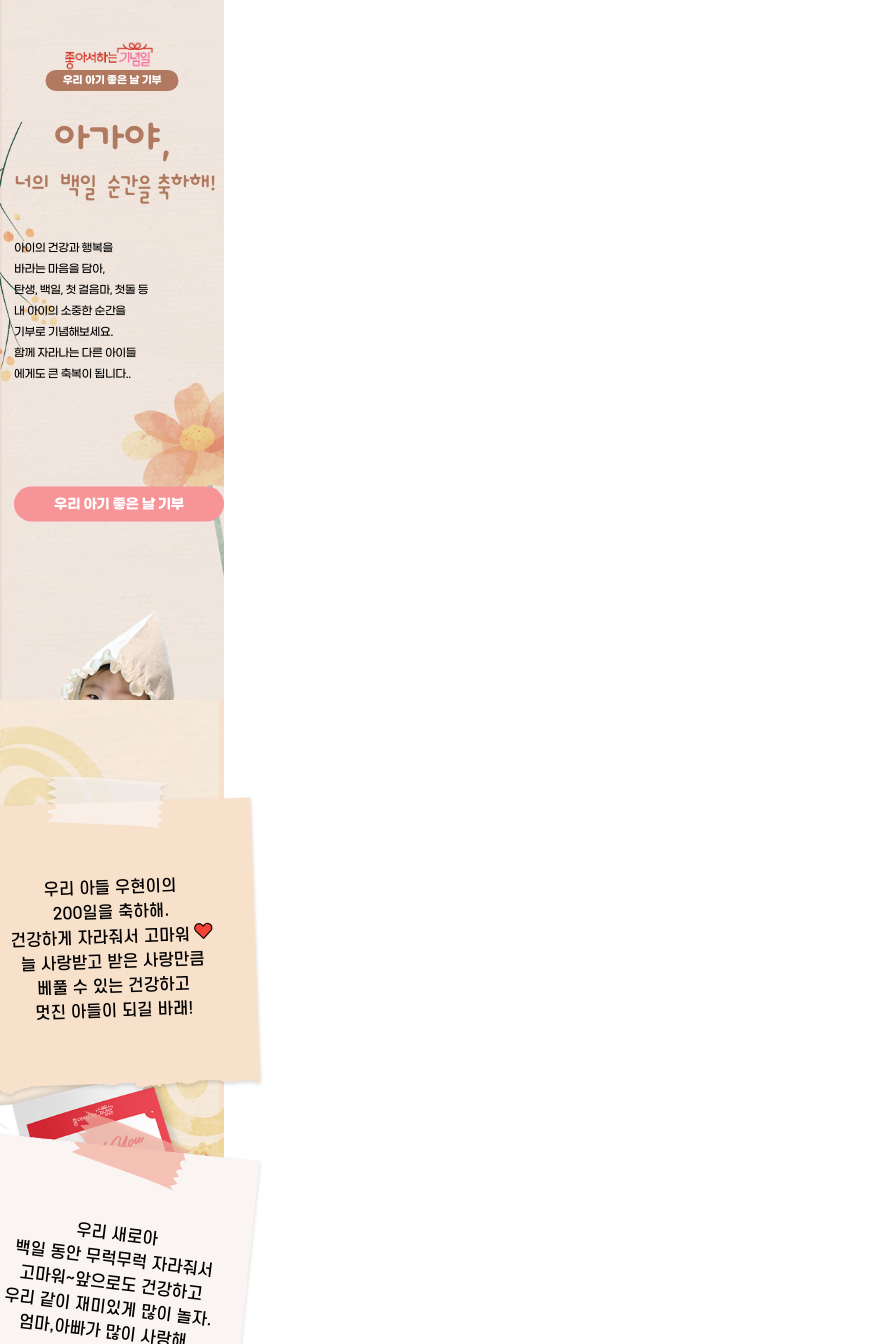
Repository: dlgywls1130/save_the_m320
Page: index.html
These files come from the project's save history. The page is drawn as it stood at one moment and after the next save; the edit follows.
The browser window is 1280 px wide. The pictures show the part of the page from y = 0 to 1920 px (the page is 10040 px tall), at 70% of full size.

Above is the page before, as saved 2023-12-21 00:49:08.

### index.html
<!DOCTYPE html>
<html lang="en">
<head>
    <meta charset="UTF-8">
    <meta name="viewport" content="width=device-width, initial-scale=1.0">
    <title>세이브더칠드런</title>

    <link rel="stylesheet" href="./css/reset.css">
    <link rel="stylesheet" href="./css/style.css">

</head>
<body>
    <div class="content_body">
        <section class="section_wrapper section01">
            <div class="se01 se_wrapper">
                <div class="se01_sub">
                    <div class="sub_logo">
                        <img src="./img/logo01.png" alt="logo">
                    </div>
                    <p>우리 아기 좋은 날 기부</p>
                </div>
                <p class="seo01_title">
                    아가야,
                </p>
                <p class="seo01_title_two">
                    너의 <span id="rollingText">탄생</span> 순간을 축하해!
                </p>
                <p class="section_descript mb-45">
                    아이의 건강과 행복을
                    <br>바라는 마음을 담아,
                    <br>탄생, 백일, 첫 걸음마, 첫돌 등
                    <br>내 아이의 소중한 순간을
                    <br>기부로 기념해보세요.
                    <br>함께 자라나는 다른 아이들
                    <br>에게도 큰 축복이 됩니다..
                </p>

                <a class="donation_link" href="javascript:void(0)">우리 아기 좋은 날 기부</a>
            </div>
        </section>
        <section class="section_wrapper section02">
            <div class="se02 se_wrapper">
                <div class="postit_wrapper">
                    <div class="postit postit01">
                        <p>우리 아들 우현이의<br>
                        200일을 축하해.<br>
                        <span>건강하게 자라줘서 고마워 <img src="./img/heart.png"></span>
                        늘 사랑받고 받은 사랑만큼<br>
                        베풀 수 있는 건강하고<br>
                        멋진 아들이 되길 바래!</p>
                    </div>
                    <div class="postit postit02">
                        <p>우리 새로아<Br>
                        백일 동안 무럭무럭 자라줘서<Br>
                        고마워~앞으로도 건강하고<Br>
                        우리 같이 재미있게 많이 놀자.<Br>
                        엄마,아빠가 많이 사랑해.</p>
                    </div>

                    <div class="postit postit05">
                        <p>사랑하는 도현이의<br>
                        첫 어린이날과 첫돌을<br>
                        기념하며, <br>
                        이웃을 사랑하는<br>
                        멋진 사람으로 자라길</p>

                    </div>
                    <div class="postit postit04">
                        <p>보미야<br>
                        첫 번째 생일 축하해<br>
                        너의 존재가 온 세상에<br>
                        봄이길 바랄게!   </p>
                    </div>

                    <div class="postit postit03">
                        <p>서진아<br>
                        우리에게 와줘서 고마워<br>
                        건강하고 행복하게 자라렴.<br>
                        사랑해♡      </p>
                    </div>

                </div>

            </div>
        </section>
        <section class="section_wrapper section03">
            <div class="se_wrapper se03">
                <div class="se_title_co">
                    아기의 좋은 날을<br> 기념해 주신 모든 분들께
                    <br>후원감사증서를 보내드립니다.
                </div>
                <div class="se_sub_co">
                    후원감사증서는<Br> 아기에게 남기고 싶은 메시지와 아기의 좋은 날이 담긴 사진을<br> 보관할 수 있도록
                    만들어드립니다.<br> 먼 훗날, 아기가 성장해 읽게 될 날을 그리며 편지를 써보세요.
                </div>
            </div>

        </section>
        <section class="section_wrapper section04">
            <div class="se_wrapper se04">
                <div class="se_title_co">
                    이름 자수 순면거즈블랭킷
                </div>
                <div class="se_sub_co">
                    30만원 이상 후원하신 분들께는 순면 거즈 아기 블랭킷(90*110)에
                    <Br>원하시는 이름(영문)을 예쁘게 수놓아 드립니다.
                </div>

                <div class="se04_slide mt-85">
                    <div class="se04_slide_list">
                        <img src="./img/slide03.jpg">
                    </div>
                    <div class="se04_slide_list">
                        <img src="./img/slide02.jpg">
                    </div>
                    <div class="se04_slide_list">
                        <img src="./img/slide01.jpg">
                    </div>
                </div>
            </div>
        </section>
        <section class="section_wrapper section05">
            <div class="se_wrapper se05">
                <div class="se_title_co">
                    후원신청 과정
                </div>


                <div class="se_sub_co">
                    30만원 이상 후원해 주신 경우,
                    <br>감사 선물 수령 주소 및 아기 블랭킷에 새겨질 문구 확인을 위한 문자가 발송됩니다.
                </div>

                <div class="se_step_list">
                    <div class="se_step">
                        <p class="step_number">1</p>
                        <div class="step_ico">
                            <img src="./img/icon01.png" alt="img">
                        </div>
                        <p class="step_descript">
                            후원신청하기
                        </p>
                    </div>
                    <div class="se_step">
                        <p class="step_number">2</p>
                        <div class="step_ico">
                            <img src="./img/icon02.png" alt="img">
                        </div>
                        <p class="step_descript">
                            후원감사증서
                            메시지 적기
                        </p>
                    </div>
                </div>
                <div class="se_step_list">
                    <div class="se_step">
                        <p class="step_number">3</p>
                        <div class="step_ico">
                            <img src="./img/icon03.png" alt="img">
                        </div>
                        <p class="step_descript">
                            신청완료
                        </p>
                    </div>
                    <div class="se_step">
                        <p class="step_number">4</p>
                        <div class="step_ico">
                            <img src="./img/icon04.png" alt="img">
                        </div>
                        <p class="step_descript">
                            후원감사증서 발송
                            (1주 이내)
                        </p>
                    </div>
                </div>


                <a class="donation_link" href="javascript:void(0)">우리 아기 좋은 날 기부</a>
            </div>

        </section>
        <section class="section_wrapper section06">
            <div class="se_wrapper se06">
                <div class="se_title_co">
                    후원금, 이렇게 쓰여요!
                </div>
                <div class="se_sub_co">
                    세이브더칠드런은 <Br><span>국내외 아동을 위한 교육,
                    <Br>보호, 보건영양지원,<Br> 아동권리옹호</span> 등의<Br> 활동을 해나가고 있습니다.
                </div>
                <div class="se_sub_co">
                    보내주신 후원금은<Br> 정치, 종교, 인종에 관계없이<Br> 모든 아이를 구해야 한다는
                    <Br>세이브더칠드런의 신념에 따라 <Br><span>가장 도움 필요한 아이를 위해 우선 사용</span>됩니다.
                </div>
            </div>

        </section>
        <section class="section_wrapper section07">
            <div class="se_wrapper se07">
                <div class="se_title_co">
                    FAQ
                </div>
                <div class="accordion">
                    <div class="accordion-item">
                        <h3 class="title">
                            <span>1. 30만원 이상 후원했습니다. <br>거즈 순면 블랭킷은 언제 오나요?</span>
                            <img src="./img/top.png">
                        </h3>
                        <p class="paragraph">
                            우리아기 축하기부로 30만원 이상 후원자님들께는 담요에 수놓을 아기 이름과
                            선물 수령 주소 확인을 위한 문자가 발송됩니다.
                            02-6900-4479로 발송되는 문자 속 설문조사에 답해주세요.
                            확인을 완료하신 분들께는 블랭킷 제작을 담당하고 있는 조니 스튜디오에서
                            아기 이름 자수 작업 완료 후 배송해 드립니다.

                        </p>
                    </div>
                    <div class="accordion-item">
                        <h3 class="title">
                            <span>2. 거즈 순면 블랭킷, 안전한 제품인가요?</span>
                            <img src="./img/top.png">
                        </h3>
                        <p class="paragraph">
                            본 블랭킷은 워싱된 3중 거즈로 제작되었으며, KC안전검사를 완료하였습니다.
                            소재 특성상 섬유 조각이 발생할 수 있어 망에 넣지 않고 3번 정도 물빨래 하시는 것을 권장합니다.

                        </p>
                    </div>
                    <div class="accordion-item">
                        <h3 class="title">
                            <span>3. 거즈 순면 블랭킷을 받았는 데 하자가 있어요. <Br>어떻게 해야 하나요? </span>
                            <img src="./img/top.png">
                        </h3>
                        <p class="paragraph">
                            070-4220-4123 (조니스튜디오 CS)로 전화 연락 부탁드립니다. 하자 물품에 대한 교환은 수령일로부터 7일 이내에 조니스튜디오에 연락해주셔야 하며, 이로 인한 후원금 환불은 어렵습니다.
                        </p>
                    </div>
                    <div class="accordion-item">
                        <h3 class="title">
                            <span>4. 후원감사증서에 넣을 수 있는 사진 사이즈는 <Br>얼마인가요?</span>
                            <img src="./img/top.png">
                        </h3>
                        <p class="paragraph">
                            사진 인화 사이즈 5*7 인치에 맞추어서 제작되었습니다.  그보다 작은 사진일 경우, 후원감사증서
                            내부의 주머니에 넣어 보관하실 수도  있습니다.

                        </p>
                    </div>
                </div>
            </div>

        </section>
        <section class="section_wrapper section08">
            <div class="se_wrapper se08">
                <div class="se08_postion">
                    <p class="se08_title">우리 아기 좋은 날 기부</p>
                    <p class="se08_descript">
                        탄생, 백일, 첫 걸음마, 첫돌...
                        <br>소중한 우리 아기의 성장을 기념해 보세요!
                        <br>아기의 좋은 날이 모여 세상의 행복이 됩니다.
                    </p>
                    <a href="javascript:void(0)" class="more_btn">
                        <p>자세히보기</p>
                        <svg xmlns="http://www.w3.org/2000/svg" width="16" height="16" fill="currentColor" class="bi bi-chevron-right" viewBox="0 0 16 16">
                            <path fill-rule="evenodd" d="M4.646 1.646a.5.5 0 0 1 .708 0l6 6a.5.5 0 0 1 0 .708l-6 6a.5.5 0 0 1-.708-.708L10.293 8 4.646 2.354a.5.5 0 0 1 0-.708z"/>
                        </svg>
                    </a>
                </div>

            </div>
        </section>
    </div>

    <script src="https://ajax.googleapis.com/ajax/libs/jquery/1.12.4/jquery.min.js"></script>
    <script src="./js/main.js"></script>
</body>
</html>

### css/reset.css


html, body, div, span, applet, object, iframe,
h1, h2, h3, h4, h5, h6, p, blockquote, pre,
a, abbr, acronym, address, big, cite, code,
del, dfn, em, img, ins, kbd, q, s, samp,
small, strike, strong, sub, sup, tt, var,
b, u, i, center,
dl, dt, dd, ol, ul, li,
fieldset, form, label, legend,
table, caption, tbody, tfoot, thead, tr, th, td,
article, aside, canvas, details, embed,
figure, figcaption, footer, header, hgroup,
menu, nav, output, ruby, section, summary,
time, mark, audio, video {
	margin: 0;
	padding: 0;
	border: 0;
	font-size: 100%;
	font: inherit;
	vertical-align: baseline;
}

article, aside, details, figcaption, figure,
footer, header, hgroup, menu, nav, section {
	display: block;
}
body {
	line-height: 1;
}
ol, ul {
	list-style: none;
}
blockquote, q {
	quotes: none;
}
blockquote:before, blockquote:after,
q:before, q:after {
	content: '';
	content: none;
}
table {
	border-collapse: collapse;
	border-spacing: 0;
}

### css/style.css

/* root */
:root{
    --main-color:#B17A60;
    --pink-color:#F79497;
}


/* font */

/* dongle */
@font-face {
    font-family: 'Dongle';
    font-weight: 300;
    src: url('../font/Dongle-Light.ttf') format('ttf'),
    url('../font/Dongle-Light.woff') format('woff');
}

@font-face {
    font-family: 'Dongle';
    font-weight: 500;
    src: url('../font/Dongle-Regular.ttf') format('ttf'),
    url('../font/Dongle-Regular.woff') format('woff');
}

@font-face {
    font-family: 'Dongle';
    font-weight: 700;
    src: url('../font/Dongle-Bold.ttf') format('ttf'),
    url('../font/Dongle-Bold.woff') format('woff');
}


/* Gmarket */
@font-face {
    font-family: 'GmarketSans';
    font-weight: 300;
    src: url('../font/GmarketSansLight.ttf') format('ttf'),
    url('../font/GmarketSansLight.woff') format('woff');
}

@font-face {
    font-family: 'GmarketSans';
    font-weight: 500;
    src: url('../font/GmarketSansMedium.ttf') format('ttf'),
    url('../font/GmarketSansMedium.woff') format('woff');
}

@font-face {
    font-family: 'GmarketSans';
    font-weight: 700;
    src: url('../font/GmarketSansBold.ttf') format('ttf'),
    url('../font/GmarketSansBold.woff') format('woff');
}


/* nanumsqure */

@font-face {
    font-family: 'NanumSquare';
    font-weight: 400;
    src: url('../font/NanumSquareL.ttf') format('ttf'),
    url('../font/NanumSquareL.woff') format('woff');
}

@font-face {
    font-family: 'NanumSquare';
    font-weight: 500;
    src: url('../font/NanumSquareR.ttf') format('ttf'),
    url('../font/NanumSquareR.woff') format('woff');
}

@font-face {
    font-family: 'NanumSquare';
    font-weight: 600;
    src: url('../font/NanumSquareB.ttf') format('ttf'),
    url('../font/NanumSquareB.woff') format('woff');
}

@font-face {
    font-family: 'NanumSquare';
    font-weight: 700;
    src: url('../font/NanumSquareEB.ttf') format('ttf'),
    url('../font/NanumSquareEB.woff') format('woff');
}



/* scdream5 */
@font-face {
    font-family: 'SCDream5';
    src: url('../font/SCDream5.woff') format('woff'),
    url('../font/SCDream5.ttf') format('ttf'),
    url('../font/SCDream5.otf') format('otf');
}


.section_wrapper{
    max-width:320px;
    width: 100%;

}

.se_wrapper{
    max-width: 320px;
    width: 100%;
    position: relative;
    box-sizing: border-box;
}


/* section01 */


.section01{
    background: url('../img/back01.jpg') no-repeat;
    height: 1000px;

}

.se01{
    padding: 60px 20px;
    box-sizing: border-box;
}
.se01_sub{
    display: flex;
    align-items: center;
    margin-bottom: 30px;
    flex-direction: column;
}

.sub_logo{
    width: 125px;
    height: 40px;
    margin-right: 10px;
}

.sub_logo img{
    width: 100%;
    height: 100%;
    object-fit: contain;
}

.se01_sub p{
    width: 190px;
    height: 30px;
    background: #B17A60;
    border-radius: 15px;
    display: flex;
    align-items: center;
    justify-content: center;
    letter-spacing: -0.03em;
    font-size: 15px;
    font-weight: 700;
    font-family: 'GmarketSans',sans-serif;
    color: #fff;
}

.seo01_title{
    font-family: 'Dongle',sans-serif;
    font-weight: 500;
    font-size: 100px;
    color: var(--main-color);
    letter-spacing: -0.03em;
    text-align: center;
}

.seo01_title_two{
    font-family: 'Dongle',sans-serif;
    font-weight: 500;
    font-size: 50px;
    color: var(--main-color);
    letter-spacing: -0.03em;
    margin-top: -7%;
    margin-bottom: 50px;
    display: flex;
    align-items: center;
    white-space: nowrap;
    text-align: center;
}

.seo01_title_two span{
    margin: 0 1rem;
}
.section_descript{
    font-size: 20x;
    line-height: 30px;
    font-family: 'GmarketSans';
    font-weight: 500;
    letter-spacing: -0.03em;
    color: #000;
}

.donation_link{
    width: 300px;
    height: 50px;
    border-radius: 100px;
    display: flex;
    align-items: center;
    justify-content: center;
    background: var(--pink-color);
    color: #fff;
    font-family: 'GmarketSans';
    font-size: 20px;
    font-weight: 700;
    letter-spacing: -0.03em;
    text-decoration: none;
    margin: 145px auto 0;
}


@keyframes roll {
    from {
        transform: translateY(40%);
        opacity: 0;
    }
    to {
        transform: translateY(0);
        opacity: 1;
    }
  }


  #rollingText.animate-text {
    animation: roll 0.5s ease-in-out;
}

/* section02 */

.section02{
    height: 2800px;
    background: url('../img/back02.jpg') no-repeat;
}

.se02{
    box-sizing: border-box;
    height: 100%;
}
.postit_wrapper{
    width: 100%;
    padding: 76px 60px 96px;
    position: relative;
    display: flex;
    flex-direction: column;
    align-items: center;
    box-sizing: border-box;
}

.ex_text{
    font-family: 'GmarketSans';
    font-size: 20px;
    font-weight: 500;
    letter-spacing: -0.03em;
}


.postit p img{
    width: 26px;
    height: 26px;
    object-fit: contain;
}
.postit p{
    font-family: 'SCDream5';
    font-size: 23px;
    line-height: 35px;
    text-align: center;
    display: flex;
    justify-content: center;
    align-items: center;
    flex-direction: column;
    height: 100%;
}

.postit01{
    background:url('../img/post04.png') no-repeat;
    width: 520px;
    height: 520px;
    background-size: contain;
    box-sizing: border-box;
}

.postit01 p{
    transform: rotate(358deg);
    padding-top: 20px;
}

.postit02{
    background: url('../img/post05.png') no-repeat;
    width: 510px;
    height: 510px;
    background-size: contain;
    box-sizing: border-box;
    margin-top: -19%;
}

.postit02 p{
    transform: rotate(7deg);
    padding-top: 20px;
}

.postit03{
    background:url('../img/post02.png') no-repeat;
    width: 459px;
    height: 459px;
    background-size: contain;
    box-sizing: border-box;
    margin-top: -25%;
    transform: rotate(-14deg);
}

.postit03 p{
    transform: rotate(-7deg);
    padding-top: 20px;
}

.postit04{
    background: url(../img/post03.png) no-repeat;
    width: 440px;
    height: 440px;
    background-size: cover;
    box-sizing: border-box;
    margin-top: -24%;
    transform: rotate(14deg);
}

.postit04 p{
    transform: rotate(7deg);
}

.postit05{
    background:url('../img/post01.png') no-repeat;
    width: 460px;
    height: 460px;
    background-size: contain;
    box-sizing: border-box;
    margin-top: -22%;
}

.postit05 p{
    transform: rotate(-9deg);
    padding-top: 20px;
}

/* section03 */

.section03{
    height: 1200px;
    background: url('../img/back03.jpg') no-repeat;
}

.se03{
    padding: 200px 60px 96px;
    box-sizing: border-box;
    height: 100%;
}


.se_title_co{
    font-size: 80px;
    line-height: 80px;
    letter-spacing: -0.03em;
    font-family: 'Dongle';
    font-weight: 500;
    color: var(--main-color);
    text-align: center;
}

.se_sub_co{
    font-size: 20px;
    letter-spacing: -0.03em;
    line-height: 30px;
    font-family: 'GmarketSans';
    font-weight: 500;
    text-align: center;
    margin-top: 30px;
}

/* section04 */

.section04{
    height: 1740px;
    background: url('../img/back04.jpg') no-repeat;
}

.se04{
    padding: 80px 0 130px;
    box-sizing: border-box;
    height: 100%;
}

.se04_slide{
    margin: 60px auto 0;
    padding: 0 60px;
}


.se04_slide_list{
    width: 520px;
    height: 440px;
    border-radius: 9px;
    margin-bottom: 25px;
}

.se04_slide_list img{
    width:100%;
height: 100%;
object-fit: cover;
border-radius: 15px;
}
/* section05 */
.section05{
    height: 1000px;
    background: url('../img/back05.jpg') no-repeat;
}

.se05{
    padding: 80px 60px 140px;
    box-sizing: border-box;
    height: 100%;
}

.se_step_list{
    display: flex;
    align-content: center;
    margin-top: 20px;
    position: relative;
    flex-wrap: wrap;
    justify-content: space-between;
}


.se_step_list .se_step{
    position: relative;
    display: flex;
    flex-direction: column;
    align-items: center;
}

.step_number{
    font-size: 25px;
    letter-spacing: -0.03em;
    line-height: 35px;
    font-weight: 700;
    font-family: 'GmarketSans';
    position: absolute;
    left: 19%;
    top: 0;
    color: var(--main-color);
    z-index: 2;
}

.se_step_list .se_step .step_ico{
    width: 200px;
    height: 200px;
    border-radius: 50%;
    background-color: #fff;
    display: flex;
    align-items: center;
    justify-content: center;
    position: relative;
    z-index: 1;
}

.se_step_list .se_step .step_ico img {
    width: 138px;
    height: 138px;
    object-fit: contain;
    object-position: 73%;
}

.step_descript{
    font-size: 20px;
    letter-spacing: -0.03em;
    line-height: 23px;
    font-weight: 500;
    font-family: 'GmarketSans';
    text-align: center;
    margin-top: 20px;
    color: var(--main-color);
}


.section05 .donation_link{
    margin: 70px auto 0;
}


/* section06 */
.section06{
    height:800px;
    background: url('../img/back06.jpg') no-repeat;
}

.se06{
    padding: 155px 0;
    height: 100%;
    box-sizing: border-box;
}


.se_sub_co span{
    font-weight: 700;
}
/* section07 */

.section07{
    height:1000px;
    background: url('../img/back07.jpg') no-repeat;
}

.se07{
    padding: 100px 0;
    height: 100%;
    box-sizing: border-box;
}


.accordion{
    margin-top: 38px;
}
.accordion-item {
    padding:15px 30px;
    margin: 0;
    overflow: hidden;
}

.accordion-item .title {
    display: flex;
    justify-content: space-between;
    align-items: center;
    font-weight: 700;
    font-size: 20px;
    line-height: 30px;
    letter-spacing: -0.03em;
    cursor: pointer;
    width: 100%;
    height: 100px;
    border-radius: 50px;
    background-color: #fff;
    color: var(--main-color);
    padding: 0 50px;
    font-family: 'GmarketSans';
    box-sizing: border-box;
    text-indent: -10px;
}

.accordion-item .title img {
    font-size: 0.9rem;
    color: #454545;
    transform: rotate(0);
    transition: transform 0.15s ease;
}

.accordion-item .paragraph {
    font-weight: 500;
    font-size: 20px;
    letter-spacing: -0.03em;
    color: #000;
    display: none;
    padding: 30px 35px 15px;
    list-style: inside;
    line-height: 30px;
    font-family: 'GmarketSans';
}

.accordion-item .paragraph .indent{
    text-indent: 1rem;
}


.accordion-item .paragraph span{
    font-weight: bold;
}

.accordion-item.active .title img{
    transform: rotate(180deg);
}

.accordion-item.active .paragraph {
    display: block;
}


/* section08 */

.section08{
    height:500px;
    background: url('../img/banner.jpg') no-repeat;
}
.se08{
    position: relative;
    height: 100%;
}

.se08_postion{
    display: flex;
    align-items: center;
    justify-content: center;
    flex-direction: column;
    height: 100%;
}

.se08_title{
    font-family: 'NanumSquare';
    font-weight: 600;
    font-size: 30px;
    letter-spacing: -0.05em;
    line-height: 50px;
    position: relative;
    text-align: center;
    margin-bottom: 30px;
}



.se08_descript{
    font-family: 'NanumSquare';
    font-weight: 500;
    font-size: 20px;
    line-height: 30px;
    letter-spacing: -0.05em;
    text-align: center;
}

.more_btn{
    margin-top: 38px;
    width: 150px;
    height: 40px;
    background: #543F2C;
    display: flex;
    align-items: center;
    justify-content: center;
    text-decoration: none;
}

.more_btn p{
    font-family: 'NanumSquare';
    font-weight: 500;
    font-size: 18px;
    color: #fff;

}

.more_btn svg{
    fill: #fff;
}

Loaded but not shown: js/main.js (46 lines, source omitted)

After the next save:
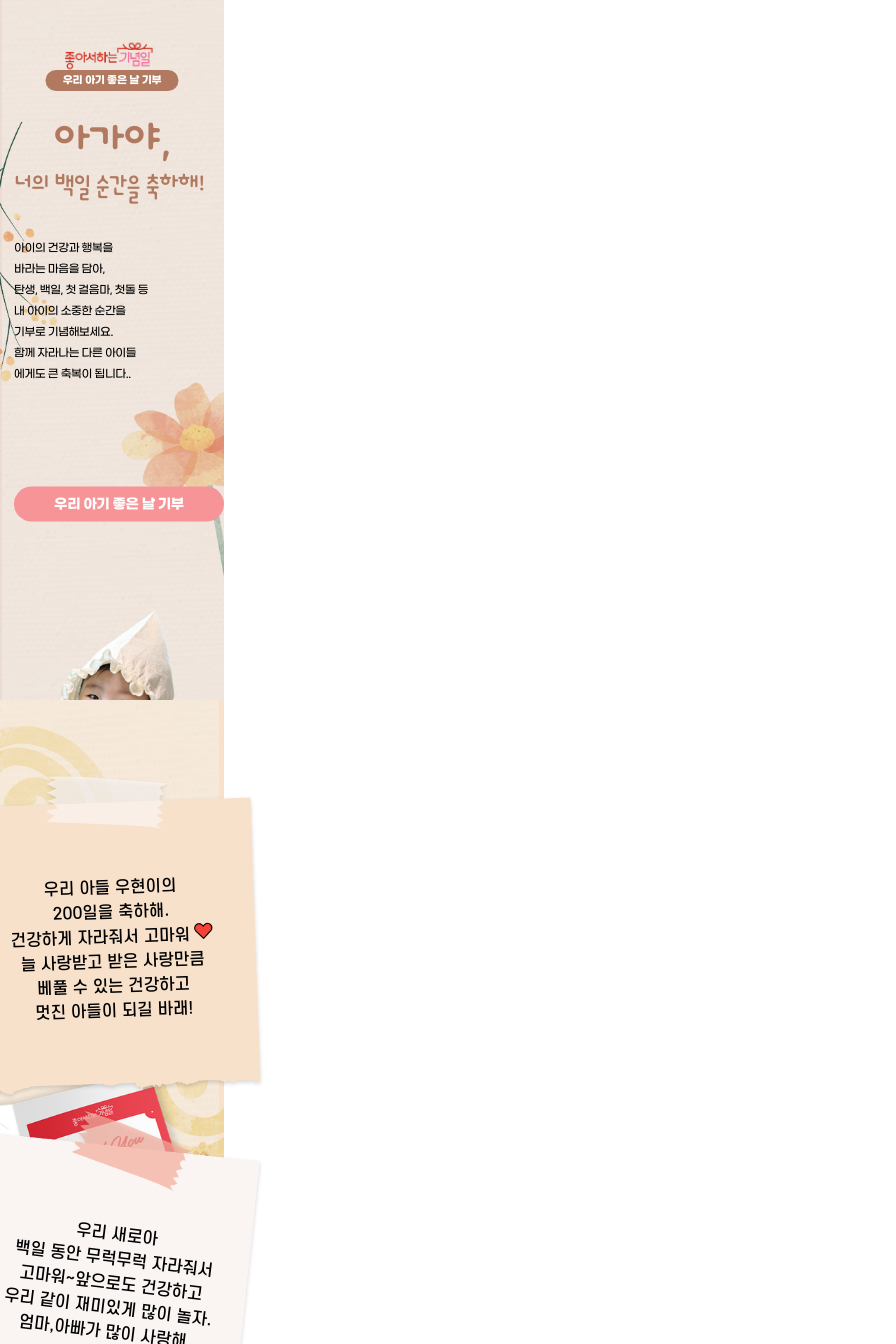
Saved 35 s later.
--- a/css/style.css
+++ b/css/style.css
@@ -180,7 +180,7 @@
 }
 
 .seo01_title_two span{
-    margin: 0 1rem;
+    margin: 0 0.5rem;
 }
 .section_descript{
     font-size: 20x;
